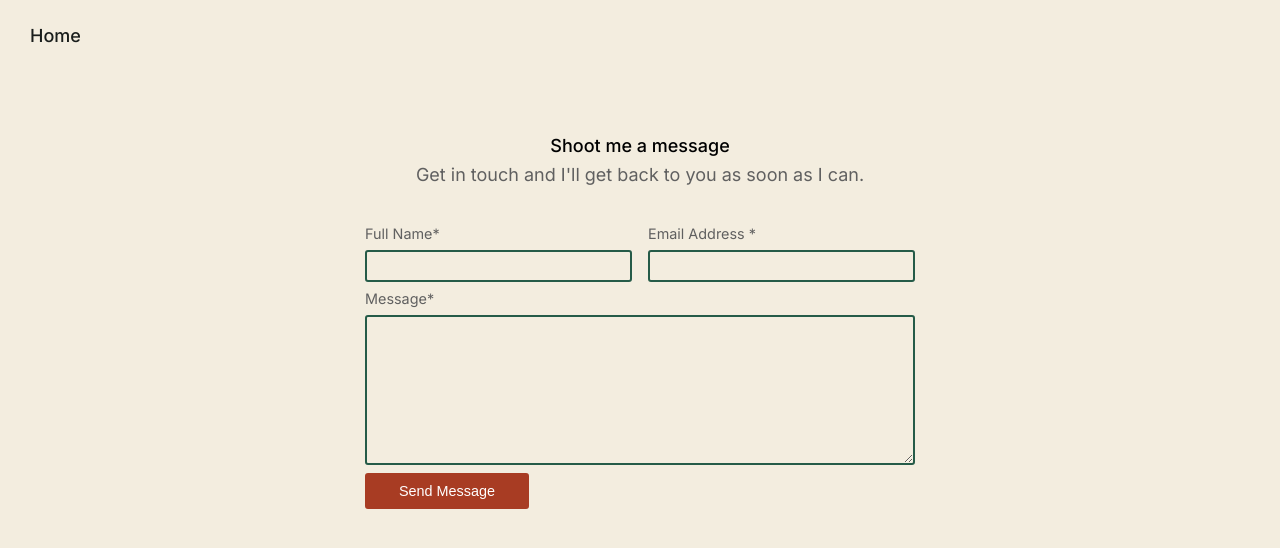
Repository: David-Waite/David-Waite-Portfolio
Page: /contact
The author's editor kept a copy of each file at every save. The page is drawn from the files as they stood at one save, then again after a run of saves.
The browser window is 1280 px wide. The pictures show the whole page.
The project was rebuilt for these pictures with package versions that can differ from the ones it lists, and the page was loaded fresh each time. The framework's server and built-in components were replaced by stand-ins that run in the browser. Also part of the build but not shown: next.config.js, app/components/Nav/NavButton/navButton.module.css, app/components/Nav/NavButton/NavButton.tsx.

Above is the page before, as saved 2023-07-26 20:20:32.

### app/layout.tsx
import "./globals.css";
import type { Metadata } from "next";
import { Inter } from "next/font/google";
import Link from "next/link";
import NavBar from "./components/Nav/NavBar/NavBar";

const inter = Inter({ subsets: ["latin"] });

export const metadata: Metadata = {
  title: "Create Next App",
  description: "Generated by create next app",
};

export default function RootLayout({
  children,
}: {
  children: React.ReactNode;
}) {
  return (
    <html lang="en">
      <body className={inter.className}>
        <NavBar />
        {children}
      </body>
    </html>
  );
}

### app/contact/page.tsx
import { Metadata, NextPage } from "next/types";
import { Contact } from "../components/Contact/contact";

export const metadata: Metadata = {
  title: "David Waite | Contact ",
};

const ContactPage: NextPage = () => {
  return <Contact />;
};

export default ContactPage;

### app/contact/send/route.ts
import mail from "@sendgrid/mail";
import { NextResponse } from "next/server";

// Create an api key in sendgrid and store someplace safe
mail.setApiKey(process.env.SENDGRID_API_KEY || "");

type ResponseData = {
  status?: string;
  message?: string;
};

export async function POST(request: Request) {
  let response: ResponseData = {};
  const body = await request.json();
  // I know the formData I sent in my request has name, email, and message fields so I'm just manually grabbing them to format a message
  const message = `
    Name: ${body.name}\r\n
    Email: ${body.email}\r\n
    Message: ${body.message}

  `;
  const data = {
    to: "davidwaite122@gmail.com",
    from: "davidwaiteportfolio@zohomail.com.au",
    subject: "Contact Message via Sendgrid",
    text: message,
    html: message.replace(/\r\n/g, "<br>"),
  };

  // Send the data and create a response object. I'm using status and message to display a success or fail notification in the UI
  await mail
    .send(data)
    .then(() => {
      response = {
        status: "success",
        message: "Your message was sent. I'll be in contact shortly.",
      };
    })
    .catch((error) => {
      response = {
        status: "error",
        message: `Message failed to send with error, ${error}`,
      };
    });

  return NextResponse.json(response);
}

### app/globals.css
:root {
  --primary: #255b48;
  --black: #191d1b;
  --background: #f3eddf;
  --white: #ffffff;
  --grey: #606060;
  --error: #a83c23;
}

.paragraph {
  font-size: 18px;
  font-style: normal;
  font-weight: 400;
  line-height: 25.2px;
  color: var(--black);
}

body {
  background-color: var(--background);
}

* {
  padding: 0;
  margin: 0;
  box-sizing: border-box;
}

### app/components/Nav/NavBar/NavBar.tsx
"use client";
import NavButton from "../NavButton/NavButton";
import styles from "./navBar.module.css";
import { usePathname } from "next/navigation";

import Link from "next/link";

export default function NavBar() {
  const currentRoute = usePathname();

  return (
    <nav className={styles.container}>
      <Link href={`./${currentRoute === "/" ? "about" : "/"}`}>
        {currentRoute === "/" ? "About" : "Home"}
      </Link>

      {currentRoute !== "/contact" && <NavButton />}
    </nav>
  );
}

### app/components/Contact/contact.tsx
"use client";

import { FormEvent, useState } from "react";
import styles from "./contact.module.css";
import { useSearchParams } from "next/navigation";
export const Contact = () => {
  const [message, setMessage] = useState<string>("");
  const [status, setStatus] = useState<string>("idle");
  const [disabled, setDisabled] = useState<boolean>(false);
  const searchParams = useSearchParams();

  const onContactFormSubmit = async (e: FormEvent<HTMLFormElement>) => {
    e.preventDefault();
    setStatus("loading");
    const formData: { [key: string]: string } = {};
    const elements = e.currentTarget.elements as unknown as Array<
      HTMLInputElement | HTMLTextAreaElement | HTMLButtonElement
    >;

    Array.from(elements).forEach((field) => {
      if (!field.name) return;
      formData[field.name] = field.value;
    });

    await fetch("/contact/send", {
      method: "POST",
      body: JSON.stringify(formData),
    })
      .then((res) => res.json())
      .then((res) => {
        setMessage(res.message);
        setStatus(res.status);
        setDisabled(res.message.length > 0);
      });
  };

  return (
    <div className={styles.container}>
      <h1 className={styles.heading}>Shoot me a message</h1>
      <p className={styles.tagline}>
        Get in touch and I&apos;ll get back to you as soon as I can.
      </p>

      <form onSubmit={onContactFormSubmit}>
        {message.length > 0 ? (
          <div
            className={`paragraph ${styles.alert} ${
              status ? styles.alertSuccess : styles.alertError
            }`}
          >
            <span>{message}</span>
          </div>
        ) : null}
        <div className={styles.topForm}>
          <div className={styles.inputCon}>
            <label htmlFor="name">
              <span>Full Name*</span>
            </label>
            <input
              type="text"
              name="name"
              id="name"
              required
              disabled={disabled}
            />
          </div>
          <div className={styles.inputCon}>
            <label htmlFor="email">
              <span>Email Address *</span>
            </label>
            <input
              type="email"
              name="email"
              id="email"
              required
              disabled={disabled}
            />
          </div>
        </div>

        <div className={`${styles.message} ${styles.inputCon}`}>
          <label htmlFor="message">
            <span>Message*</span>
          </label>
          <textarea
            rows={3}
            name="message"
            id="message"
            required
            disabled={disabled}
          ></textarea>
        </div>

        <button
          type="submit"
          className={`${styles.button} ${styles.btnError}`}
          disabled={disabled}
        >
          Send Message
        </button>
      </form>
    </div>
  );
};

### app/components/Nav/NavBar/navBar.module.css
.container {
  display: flex;
  align-items: center;
  justify-content: space-between;
  height: 70px;
  padding: 0 30px;
}

.container a {
  color: var(--black);
  cursor: pointer;
  text-decoration: none;
  font-size: 18px;
  font-weight: 500;
}

### app/components/Contact/contact.module.css
.container {
  min-height: calc(100vh - 216px);
  display: flex;
  flex-direction: column;
  align-items: center;
  justify-content: center;
}

.container h1 {
  color: var(--back);
  font-weight: 500;
  font-size: 18px;
  margin-bottom: 8px;
}

.container p {
  text-align: center;
  margin-bottom: 40px;
  font-weight: 400;
  color: var(--grey);
  font-size: 18px;
}

.container form {
  display: flex;
  flex-direction: column;
  gap: 8px;
  position: relative;
}

.topForm {
  display: grid;
  grid-template-columns: 1fr 1fr;
  gap: 16px;
}

.inputCon {
  display: flex;
  flex-direction: column;
  gap: 8px;
}

.message textarea {
  background-color: var(--background);
  border: 2px solid var(--primary);
  border-radius: 3px;
  height: 150px;
  width: 550px;
  font-size: 16px;
  padding: 8px;
}
.inputCon label {
  color: var(--grey);
  font-size: 14.4px;
}

.inputCon input {
  background-color: var(--background);
  border: 2px solid var(--primary);
  border-radius: 3px;
  font-size: 16px;
  padding-left: 8px;
  height: 32px;
}

.inputCon select {
  height: 36px;
  font-size: 16px;
}

.container form button {
  border-radius: 3px;
  background: var(--background);
  border: 2px solid var(--primary);
  padding: 8px 32px;
  font-size: 14.4px;
  margin-right: auto;
  text-align: center;

  color: var(--primary);
  cursor: pointer;
}

.container form button:hover {
  background: var(--primary);
  color: var(--white);
}

.alert {
  position: absolute;
  top: -33px;
  left: 0px;
  color: var(--white);
  font-size: 16px;
  text-align: center;
  width: 100%;
  border-radius: 3px;
}

.alertSuccess {
  background-color: green;
}

.alertError {
  background-color: red;
}

.container form .btnLoading:hover {
  background: transparent;
  border-color: var(--primary);
  font-weight: 400;
  cursor: auto;
}

.container form .btnLoading {
  position: relative;

  background: transparent;
  border-color: var(--primary);

  cursor: pointer;
  color: transparent !important;
}

.container form .btnLoading::after {
  content: "";
  position: absolute;
  width: 16px;
  height: 16px;
  top: 0;
  left: 0;
  right: 0;
  bottom: 0;
  margin: auto;
  border: 3px solid var(--primary);
  border-top-color: transparent;
  border-radius: 50%;
  animation: button-loading-spinner 0.9s linear infinite;
}

@keyframes button-loading-spinner {
  from {
    transform: rotate(0deg);
  }
  to {
    transform: rotate(359deg);
  }
}

.btnSent {
  color: var(--white) !important;
  background-color: var(--primary) !important;
}

.btnError {
  color: var(--white) !important;
  background-color: var(--error) !important;
  border-color: var(--error) !important;
}

@media (max-width: 600px) {
  .container {
    padding: 10px;
  }
  .topForm {
    grid-template-columns: 1fr;
    gap: 8px;
  }
  .message textarea {
    width: calc(100vw - 38px);
  }
  .container form {
    width: 100%;
  }
}

After the next 2 saves:
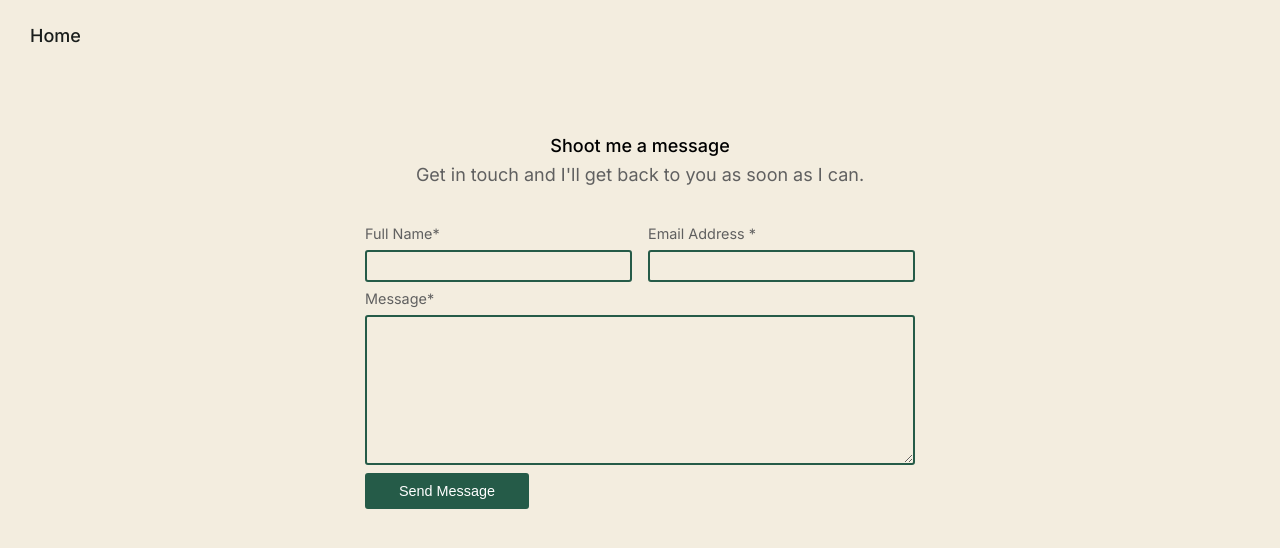
The 2 saves are shown as one change because 1 did not build or start.
The last was saved 103 s later.
--- a/app/components/Contact/contact.tsx
+++ b/app/components/Contact/contact.tsx
@@ -5,7 +5,7 @@ import styles from "./contact.module.css";
 import { useSearchParams } from "next/navigation";
 export const Contact = () => {
   const [message, setMessage] = useState<string>("");
-  const [status, setStatus] = useState<string>("idle");
+  const [status, setStatus] = useState<string>("");
   const [disabled, setDisabled] = useState<boolean>(false);
   const searchParams = useSearchParams();
 
@@ -93,7 +93,9 @@ export const Contact = () => {
 
         <button
           type="submit"
-          className={`${styles.button} ${styles.btnError}`}
+          className={`${styles.button} ${
+            status === "loading" ? styles.btnLoading : styles.btnSent
+          }`}
           disabled={disabled}
         >
           Send Message
